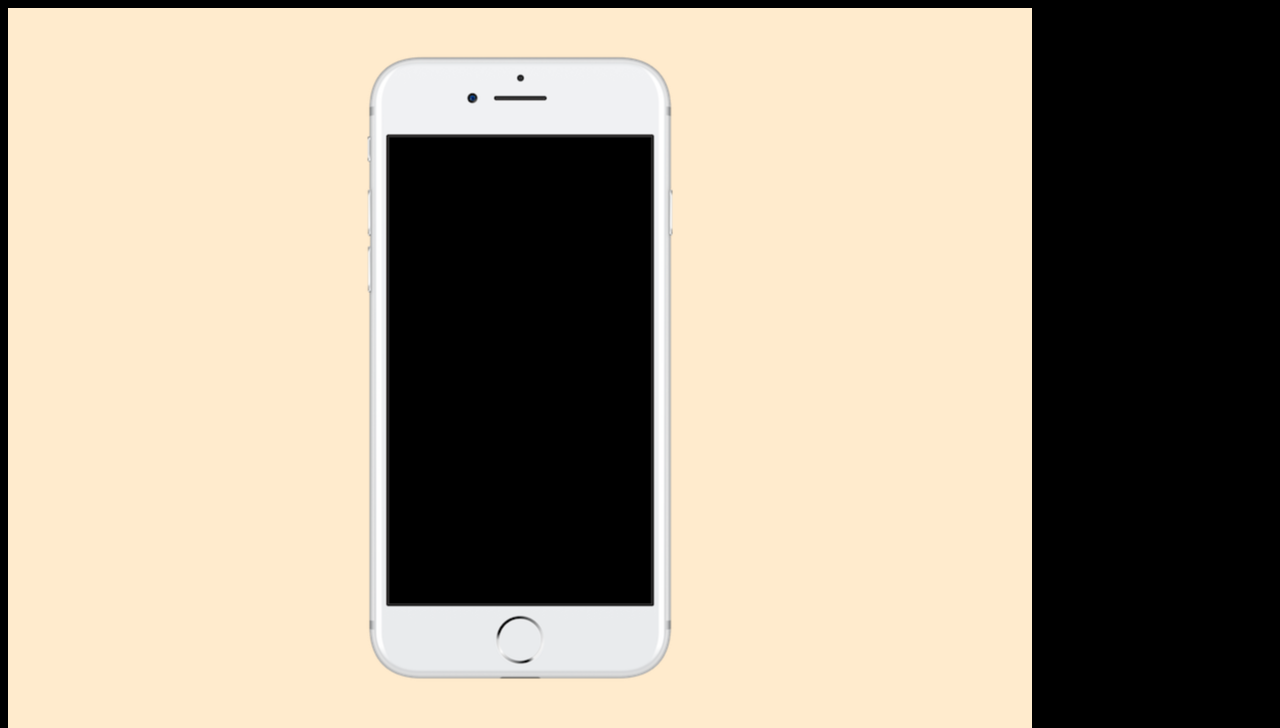
Repository: DorivalJunior14/Projeto-social
Page: index.html
The author's editor kept a copy of each file at every save. The page is drawn from the files as they stood at one save, then again after the next save.
The browser window is 1280 px wide. The pictures show the whole page.

Above is the page before, as saved 2022-06-24 14:04:11.

### index.html
<!DOCTYPE html>
<html lang="pt-br">
<head>
    <meta charset="UTF-8">
    <meta http-equiv="X-UA-Compatible" content="IE=edge">
    <meta name="viewport" content="width=device-width, initial-scale=1.0">
    <link rel="shortcut icon" href="favicon.ico" type="image/x-icon">
    <link rel="stylesheet" href="estilos/style.css">
    <title>Projeto redes sociais</title>

</head>
<body>
  <main>
    <section id="telefone">
    </section>
    <section id="redes-sociais">
    </section>
  </main>
</body>
</html>

### estilos/style.css
@charset "UTF-8"

*{
    margin: 0px;
    padding: 0px;
    font-family: Arial, Helvetica, sans-serif;
}

html, body {
    height: 80vh;
    width: 80vw;
    background-color: black;

}

main {
    position: relative;
    height: 100vh;
    background-color: blanchedalmond;
}

section#telefone {
    position: absolute;
    top: 50%;
    left: 50%;
    transform: translate(-50%,-50%);
    height: 627px;
    width: 311px;
    background-color: blue;
    background: url('../imagens/frame-iphone.png');
    transform: translate(-50%,-50%);


}

After the next save:
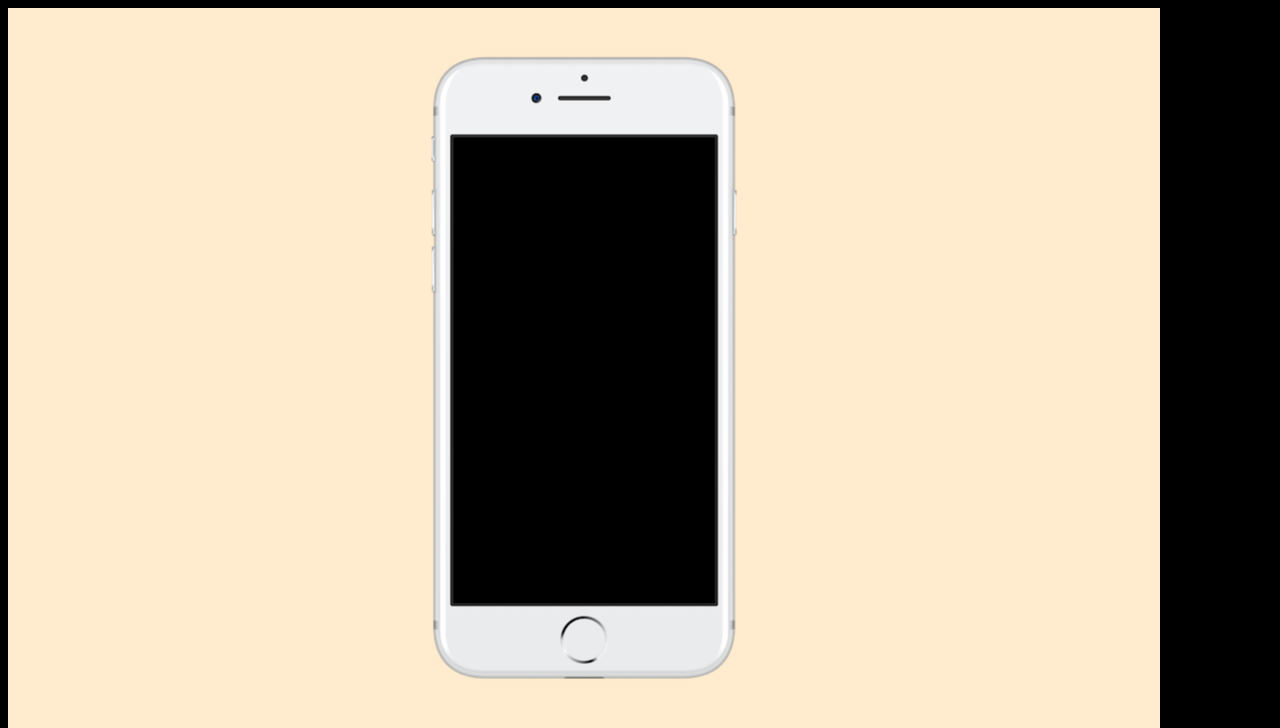
Saved 19 s later.
--- a/estilos/style.css
+++ b/estilos/style.css
@@ -8,7 +8,7 @@
 
 html, body {
     height: 80vh;
-    width: 80vw;
+    width: 90vw;
     background-color: black;
 
 }
